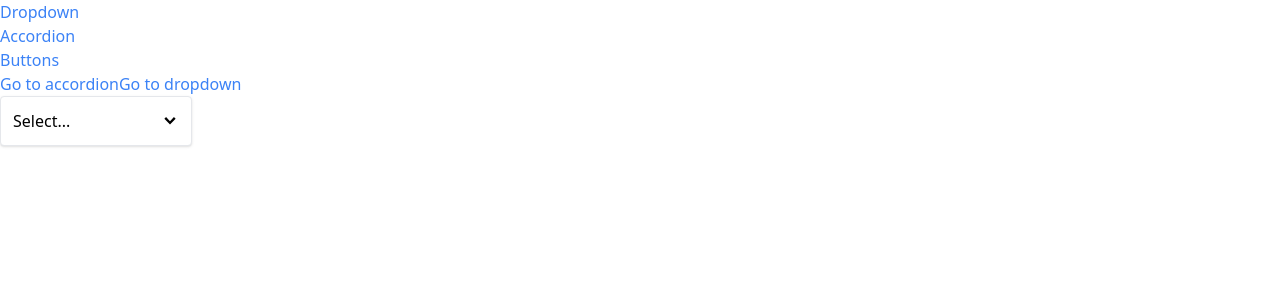
Repository: stavan30/components
Page: /
These files come from the project's save history. The page is drawn as it stood at one moment and after the next save; the edit follows.
The browser window is 1280 px wide. The pictures show the whole page.
The project was rebuilt for these pictures with package versions that can differ from the ones it lists, and the page was loaded fresh each time. Also part of the build but not shown: src/components/Accordion.js, src/pages/AccordionPage.js.

Above is the page before, as saved 2024-03-19 01:16:45.

### src/index.js
import React from "react";
import ReactDOM from 'react-dom/client'
import './index.css'
import App from './App'
import { NavigationProvider } from "./context/navigation";

const el = document.getElementById('root')
const root = ReactDOM.createRoot(el)

root.render(
<NavigationProvider>
    <App/>
</NavigationProvider>
)

### src/App.js
import Sidebar from './components/Sidebar'
import Link from './components/Link'
import Route from './components/Route'
import AccordionPage from './pages/AccordionPage'
import DropdownPage from './pages/DropdownPage'

const App = () => {
  return (
    <div>
        <Sidebar/>
        <Link to='/accordion'>Go to accordion</Link>
        <Link to='/dropdown'>Go to dropdown</Link>
        <div>
            <Route path='/accordion'>
                <AccordionPage/>
            </Route>
            <Route path='/'>
                <DropdownPage/>
            </Route>
        </div>
    </div>
  )
}

export default App

### src/context/navigation.js
import { createContext, useEffect, useState } from "react";

const NavigationContext = createContext();

function NavigationProvider({children}){

    const [currentPath, setCurrentPath] = useState(window.location.pathname)

    useEffect(()=>{
        const handler = () =>{
            setCurrentPath(window.location.pathname)
        }
        window.addEventListener('popstate', handler)

        return ()=>{
            window.removeEventListener('popstate', handler)
        }
    }, [])

    const navigate = (to)=>{
        window.history.pushState({}, '', to)
        setCurrentPath(to)
    }

    return(
        <NavigationContext.Provider value={{ currentPath, navigate}}>
            {children}
        </NavigationContext.Provider>
    )
}

export {NavigationProvider};
export default NavigationContext;

### src/components/Sidebar.js
import React from 'react'
import Link from './Link'

const Sidebar = () => {

    const links = [
        {label: 'Dropdown', path: '/'},
        {label: 'Accordion', path: '/accordion'},
        {label: 'Buttons', path: '/buttons'}
    ]

    const renderedLinks = links.map((link)=>{
        return <Link key={link.label} to={link.path} className='mb-3' activeClassName='font-bold border-l-4 border-blue-500 pl-2'>{link.label}</Link>
    })
  return (
    <div className='sticky top-0 overflow-y-scroll flex flex-col items-start'>
        {renderedLinks}
    </div>
  )
}

export default Sidebar

### src/components/Link.js
import React from 'react'
import useNavigation from '../hooks/use-navigation'
import classNames from 'classnames'

const Link = ({to, children }) => {

    const { navigate } = useNavigation();

    const classes = classNames('text-blue-500')

    const handleClick = (event)=>{
        if(event.metaKey || event.ctrlKey){
            return
        }
        event.preventDefault()

        navigate(to);
    }
  return (
    <a className={classes} href={to} onClick={handleClick}>{children}</a>
  )
}

export default Link

### src/components/Route.js

import useNavigation from '../hooks/use-navigation';

const Route = ({path, children}) => {
    const { currentPath } = useNavigation();

    if(path === currentPath){
        return children;
    }

    return null;
}

export default Route

### src/pages/DropdownPage.js
import React from "react"
import Dropdown from "../components/Dropdown"
import { useState } from "react"

const DropdownPage = () => {

    const [selection, setSelection] = useState(null)

    const handleSelect = (option)=>{
        setSelection(option)
    }

    const options = [
        {label: 'Red', value: 'red'},
        {label: 'Green', value: 'green'},
        {label: 'Blue', value: 'blue'},
    ]

  return (
    <div>
        <Dropdown value={selection} onChange={handleSelect} options={options}/>
    </div>
  )
}

export default DropdownPage

### src/hooks/use-navigation.js
import { useContext } from "react";
import NavigationContext from "../context/navigation";

function useNavigation(){
    return useContext(NavigationContext)
}

export default useNavigation

### src/components/Dropdown.js
import React from 'react'
import { useState, useEffect, useRef } from 'react'
import { GoChevronDown } from "react-icons/go";


const Dropdown = ({options, value, onChange}) => {
    const [isOpen, setIsOpen] = useState(false)
    const divEl = useRef();

    useEffect(()=>{
        const handler = (event)=>{
            if(!divEl.current){
                return;
            }

            if(!divEl.current.contains(event.target)){
                setIsOpen(false)
            }
        }

        document.addEventListener('click', handler, true)

        return ()=>{
            document.removeEventListener('click', handler)
        }
    },[])

    const handleClick = ()=>{
        setIsOpen(!isOpen)
    }

    const handleOptionClick = (option)=> {
        setIsOpen(false)

        onChange(option)
    }

    const renderedOptions = options.map((option) => {
        return (
        //Rather than passing in our handler directly to onClick we put it wrapped version of it - video number: 199.
        <div className='hover:bg-sky-100 rounded cursor-pointer p-1' onClick={()=> handleOptionClick(option)} key={option.value}>
            {option.label}
        </div>
        )
    })

    let content = 'Select...'

    if(value){
        content = value.label
    }

  return (
    <div ref={divEl} className='w-48 relative'>
        <div className='flex justify-between items-center cursor-pointer border rounded p-3 shadow bg-white w-full' onClick={handleClick}>
            {content}
            <GoChevronDown className='text-lg'/>
        </div>
        {/* && and || JS Boolean Expression */}
        {isOpen && <div className='absolute top-full border rounded p-3 shadow bg-white w-full'>{renderedOptions}</div>}
    </div>
  )
}

export default Dropdown

Loaded but not shown: public/index.html (common file); src/index.css (common file); tailwind.config.js (common file)

After the next save:
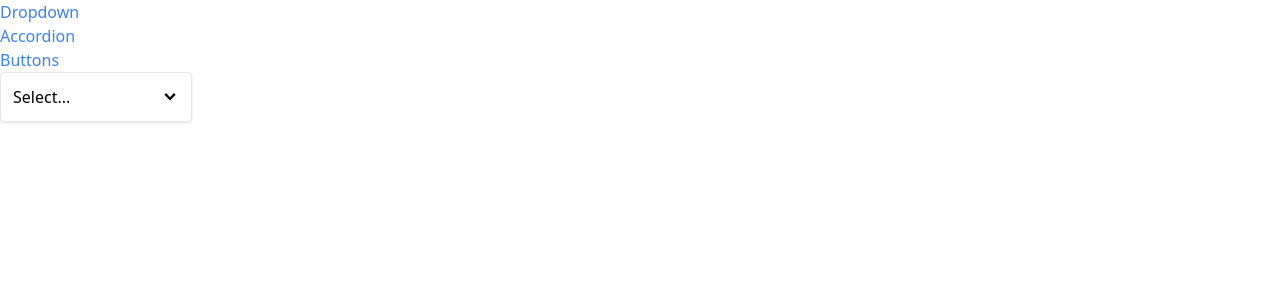
Saved 70 s later.
--- a/src/App.js
+++ b/src/App.js
@@ -1,5 +1,4 @@
 import Sidebar from './components/Sidebar'
-import Link from './components/Link'
 import Route from './components/Route'
 import AccordionPage from './pages/AccordionPage'
 import DropdownPage from './pages/DropdownPage'
@@ -8,8 +7,6 @@ const App = () => {
   return (
     <div>
         <Sidebar/>
-        <Link to='/accordion'>Go to accordion</Link>
-        <Link to='/dropdown'>Go to dropdown</Link>
         <div>
             <Route path='/accordion'>
                 <AccordionPage/>
